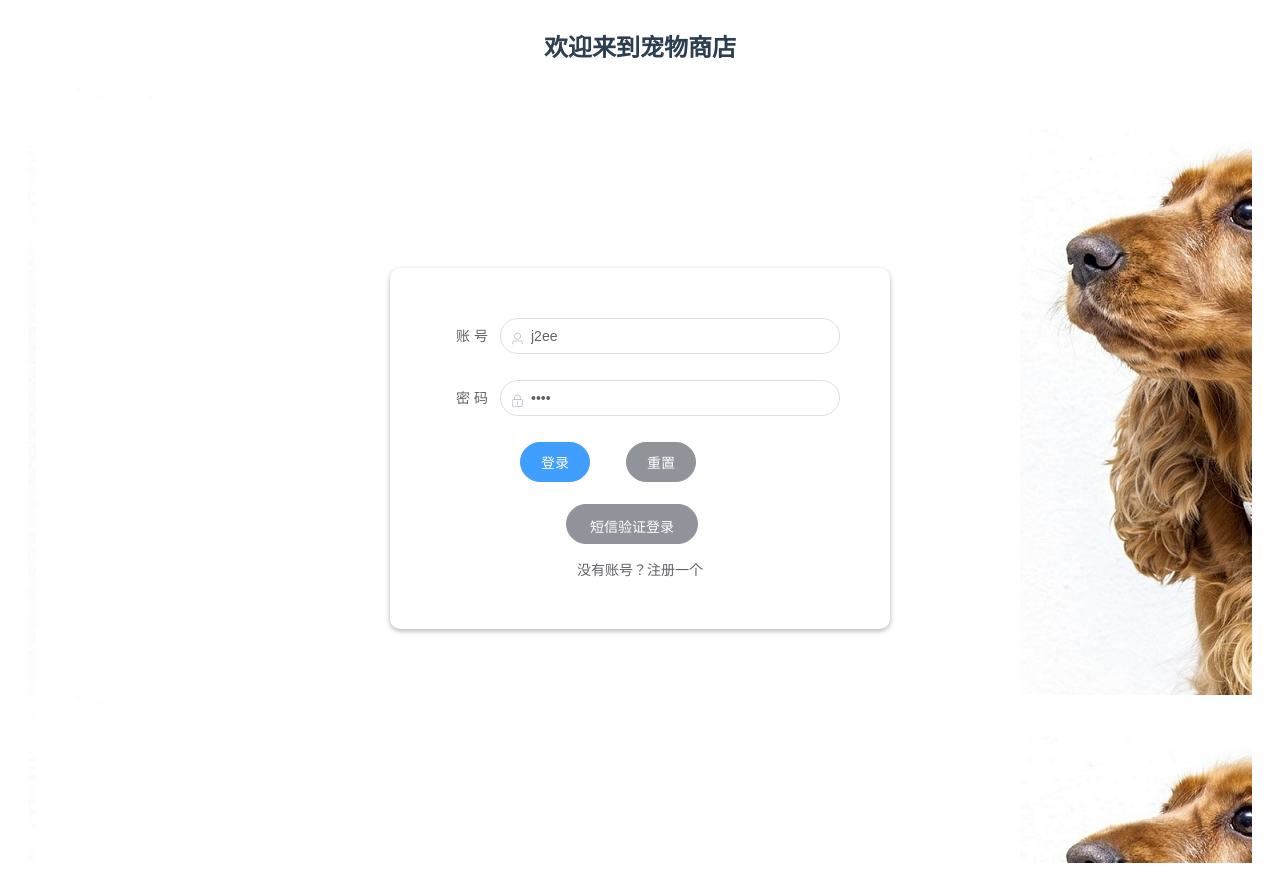
Repository: BreezeDoudou/hellovue
Page: /
The author's editor kept a copy of each file at every save. The page is drawn from the files as they stood at one save, then again after the next save.
The browser window is 1280 px wide. The pictures show the whole page.
The project was rebuilt for these pictures with package versions that can differ from the ones it lists, and the page was loaded fresh each time. Also part of the build but not shown: src/components/appcomonents/test.vue, src/views/index.vue, src/components/appcomonents/navbar.vue, src/components/HelloWorld.vue, src/components/account/selfaccount.vue, src/components/account/editForm.vue, src/components/appcomonents/main.vue, src/components/appcomonents/productForm.vue and 4 more. Imported but missing from the stored project, and not drawn on this page: src/components/appcomonents/menu.vue.

Above is the page before, as saved 2023-05-18 23:45:57.

After the next save:
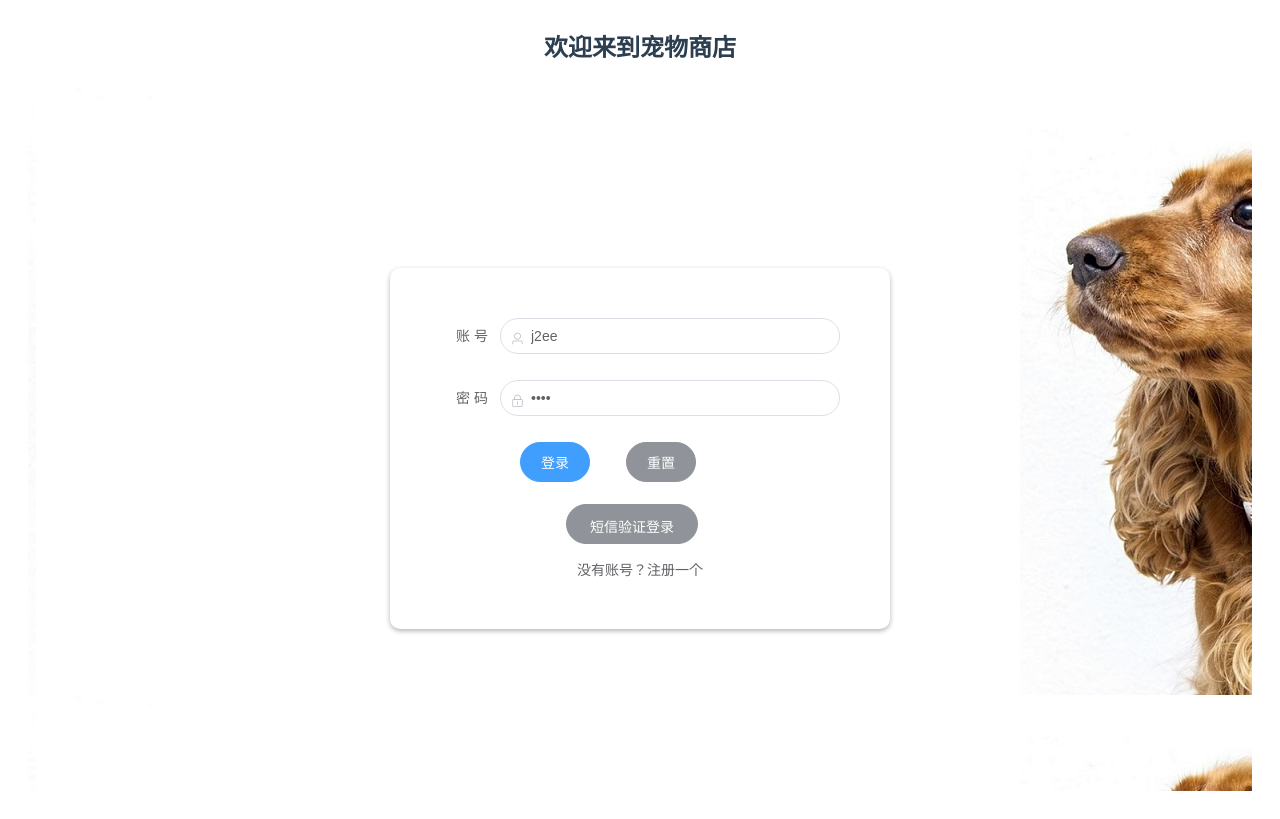
Saved 10 s later.
--- a/src/components/account/login.vue
+++ b/src/components/account/login.vue
@@ -33,10 +33,7 @@
   <br>
   <br>
   <br>
-  <br>
-  <br>
-  <br>
-  <br>
+
   <br>
 </div>
 
